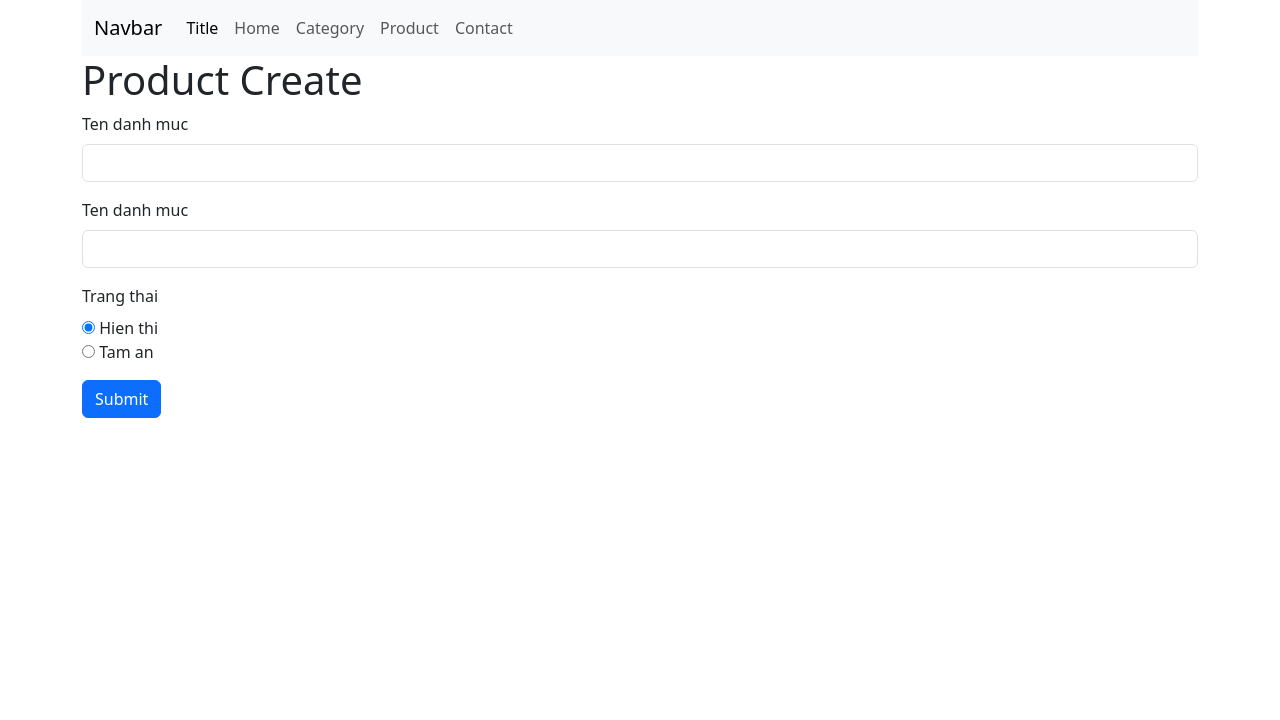
Repository: ndmq03102002/crud_laravel
Page: resources/views/admin/product/create.blade.php
These files come from the project's save history. The page is drawn as it stood at one moment and after the next save; the edit follows.
The browser window is 1280 px wide. The pictures show the whole page.
The page is served by the project's Laravel application, run on PHP 8.4 with Laravel 10. Other server files are loaded and not shown. The template is opened directly, without the code that normally fills it, so the values that code supplies are empty.

Above is the page before, as saved 2024-07-12 11:39:36.

### routes/web.php
<?php

use App\Http\Controllers\HomeController;
use App\Http\Controllers\AdminController;
use Illuminate\Support\Facades\Route;
use App\Http\Controllers\ProductController;
use App\Http\Controllers\CategoryController;
/*
|--------------------------------------------------------------------------
| Web Routes
|--------------------------------------------------------------------------
|
| Here is where you can register web routes for your application. These
| routes are loaded by the RouteServiceProvider and all of them will
| be assigned to the "web" middleware group. Make something great!
|
*/

Route::group(['prefix' => ''], function () {
    Route::get('/', [HomeController::class, 'index'])->name('home.index');
});

Route::get('/admin/login', [AdminController::class, 'login'])->name('admin.login');
Route::post('/admin/login', [AdminController::class, 'Checklogin']);
Route::get('/admin/register', [AdminController::class, 'register'])->name('admin.register');
Route::post('/admin/register', [AdminController::class, 'Checkregister']);


Route::group(['prefix' => 'admin', 'middleware'=>'auth'], function () {
    Route::get('/', [AdminController::class, 'index'])->name('admin.index');
    Route::resources([
        'product' => ProductController::class,
        'category' => CategoryController::class,
    ]);
});

### resources/views/admin/product/create.blade.php
@extends('admin.admin')

@section('main')

<h1>Product Create</h1>

<form action="{{route('product.store')}}" method = 'post' role="form">
    @csrf
    <div class="mb-3">
      <label for="exampleInputEmail1" class="form-label">Ten danh muc</label>
      <input type="text" class="form-control" name='name' id="exampleInputEmail1" aria-describedby="emailHelp">

    </div><div class="mb-3">
      <label for="exampleInputEmail1" class="form-label">Ten danh muc</label>
      <input type="text" class="form-control" name='name' id="exampleInputEmail1" aria-describedby="emailHelp">

    </div>
    <div class="mb-3">
      <label for="exampleInputPassword1" class="form-label">Trang thai</label>
      <div class="radio">
        <label for="">
            <input type="radio" name="status" value="1" checked>
            Hien thi
        </label>
      </div>
      <div class="radio">
        <label for="">
            <input type="radio" name="status" value="0" >
            Tam an
        </label>
      </div>
    </div>

    <button type="submit" class="btn btn-primary">Submit</button>
  </form>



@endsection

### resources/views/admin/admin.blade.php
<!doctype html>
<html lang="en">
    <head>
        <title>Title</title>
        <!-- Required meta tags -->
        <meta charset="utf-8" />
        <meta
            name="viewport"
            content="width=device-width, initial-scale=1, shrink-to-fit=no"
        />

        <!-- Bootstrap CSS v5.2.1 -->
        <link
            href="https://cdn.jsdelivr.net/npm/bootstrap@5.3.2/dist/css/bootstrap.min.css"
            rel="stylesheet"
            integrity="sha384-T3c6CoIi6uLrA9TneNEoa7RxnatzjcDSCmG1MXxSR1GAsXEV/Dwwykc2MPK8M2HN"
            crossorigin="anonymous"
        />
    </head>

    <body>

        <div
            class="container"
        >
        <nav class="navbar navbar-expand-lg bg-body-tertiary">
            <div class="container-fluid">
              <a class="navbar-brand" href="#">Navbar</a>
              <button class="navbar-toggler" type="button" data-bs-toggle="collapse" data-bs-target="#navbarNav" aria-controls="navbarNav" aria-expanded="false" aria-label="Toggle navigation">
                <span class="navbar-toggler-icon"></span>
              </button>
              <div class="collapse navbar-collapse" id="navbarNav">
                <ul class="navbar-nav">
                  <li class="nav-item">
                    <a class="nav-link active" aria-current="page" href="#">Title</a>
                  </li>
                  <li class="nav-item">
                    <a class="nav-link" href="{{route('admin.index')}}">Home</a>
                  </li>
                  <li class="nav-item">
                    <a class="nav-link" href="{{route('category.index')}}">Category</a>
                  </li>
                  <li class="nav-item">
                    <a class="nav-link" href="{{route('product.index')}}">Product</a>
                  </li>
                    <li class="nav-item">
                        <a class="nav-link" href="#">Contact</a>
                    </li>
                </ul>
              </div>
            </div>
          </nav>

        </div>

        <div
            class="container"
        >
            @yield('main')
        </div>





        <script
            src="https://cdn.jsdelivr.net/npm/@popperjs/core@2.11.8/dist/umd/popper.min.js"
            integrity="sha384-I7E8VVD/ismYTF4hNIPjVp/Zjvgyol6VFvRkX/vR+Vc4jQkC+hVqc2pM8ODewa9r"
            crossorigin="anonymous"
        ></script>

        <script
            src="https://cdn.jsdelivr.net/npm/bootstrap@5.3.2/dist/js/bootstrap.min.js"
            integrity="sha384-BBtl+eGJRgqQAUMxJ7pMwbEyER4l1g+O15P+16Ep7Q9Q+zqX6gSbd85u4mG4QzX+"
            crossorigin="anonymous"
        ></script>
    </body>
</html>

After the next save:
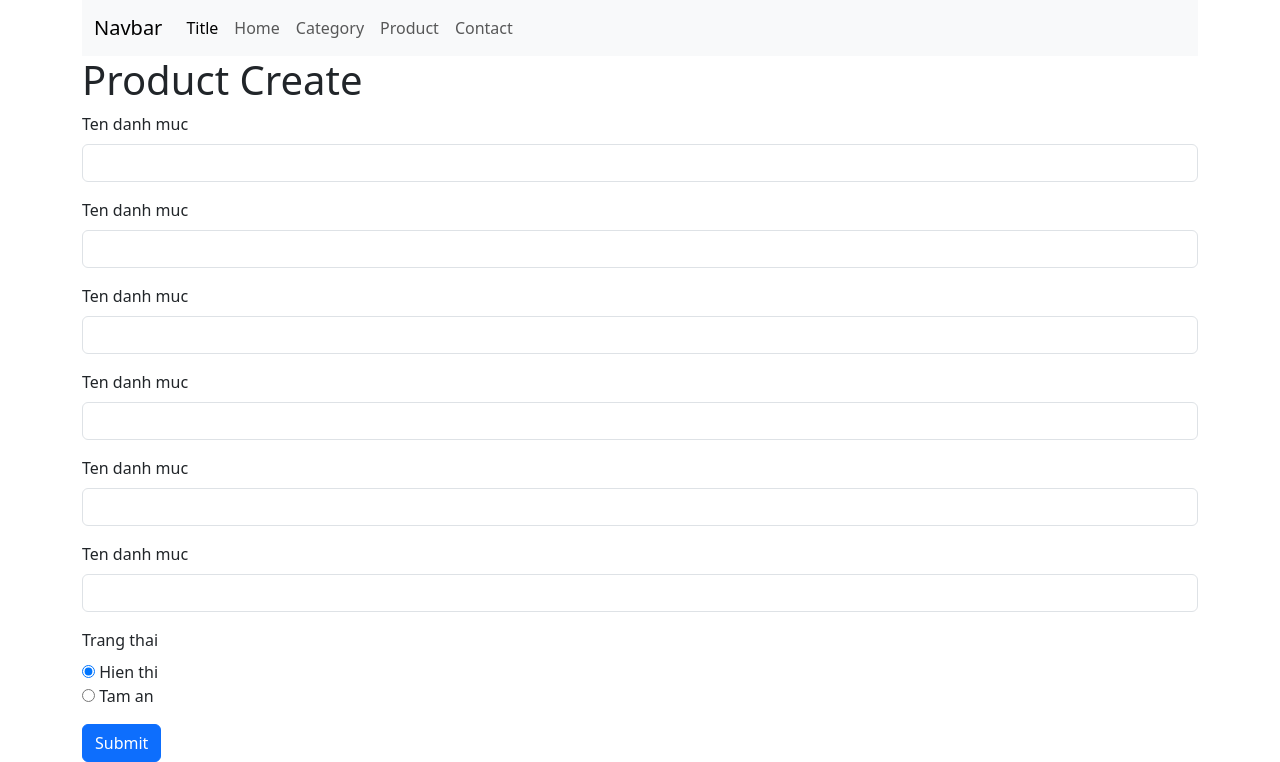
Saved 7 s later.
--- a/resources/views/admin/product/create.blade.php
+++ b/resources/views/admin/product/create.blade.php
@@ -10,7 +10,28 @@
       <label for="exampleInputEmail1" class="form-label">Ten danh muc</label>
       <input type="text" class="form-control" name='name' id="exampleInputEmail1" aria-describedby="emailHelp">
 
-    </div><div class="mb-3">
+    </div>
+    <div class="mb-3">
+      <label for="exampleInputEmail1" class="form-label">Ten danh muc</label>
+      <input type="text" class="form-control" name='name' id="exampleInputEmail1" aria-describedby="emailHelp">
+
+    </div>
+    <div class="mb-3">
+      <label for="exampleInputEmail1" class="form-label">Ten danh muc</label>
+      <input type="text" class="form-control" name='name' id="exampleInputEmail1" aria-describedby="emailHelp">
+
+    </div>
+    <div class="mb-3">
+      <label for="exampleInputEmail1" class="form-label">Ten danh muc</label>
+      <input type="text" class="form-control" name='name' id="exampleInputEmail1" aria-describedby="emailHelp">
+
+    </div>
+    <div class="mb-3">
+      <label for="exampleInputEmail1" class="form-label">Ten danh muc</label>
+      <input type="text" class="form-control" name='name' id="exampleInputEmail1" aria-describedby="emailHelp">
+
+    </div>
+    <div class="mb-3">
       <label for="exampleInputEmail1" class="form-label">Ten danh muc</label>
       <input type="text" class="form-control" name='name' id="exampleInputEmail1" aria-describedby="emailHelp">
 
